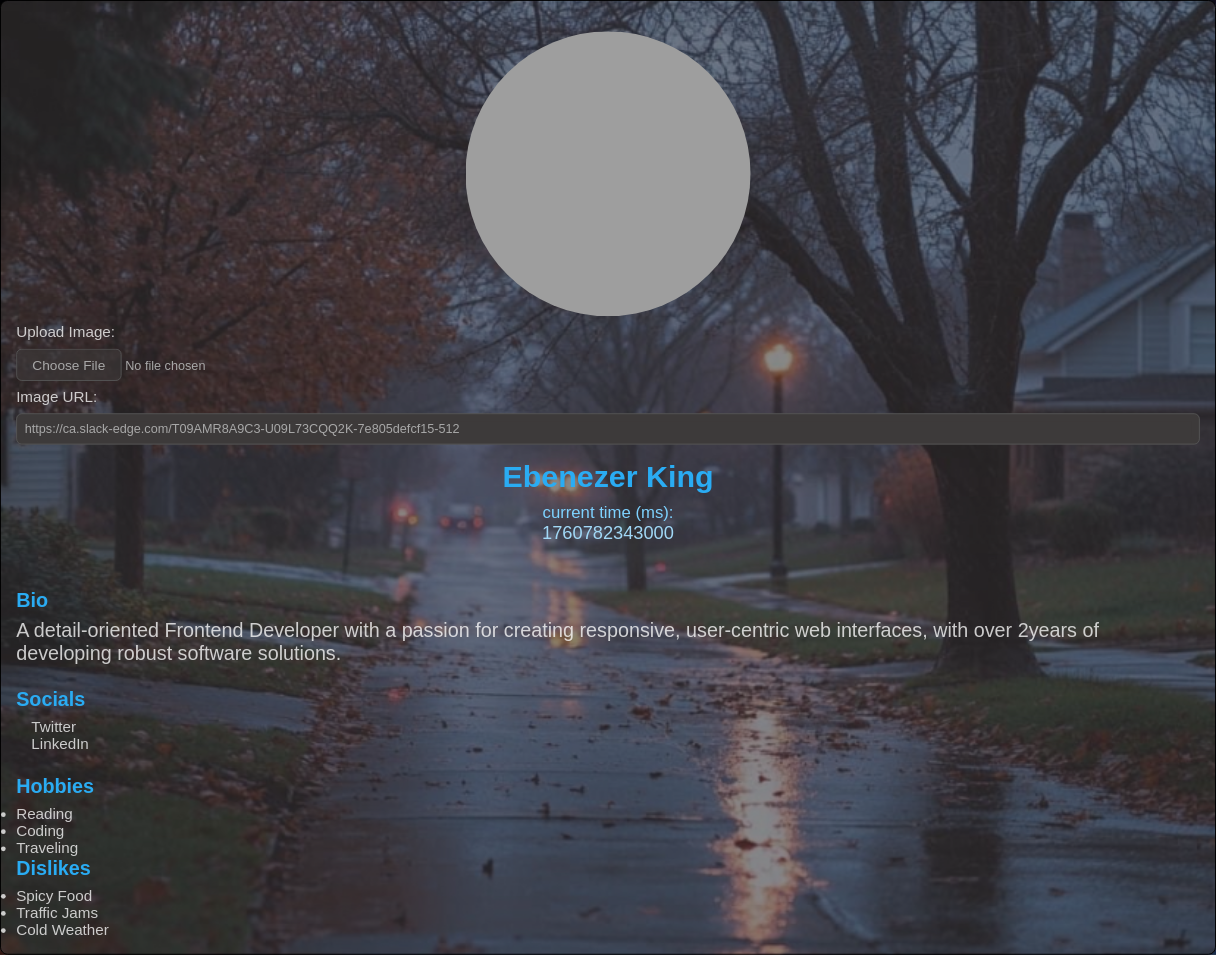
Repository: ebenezertiewei/profileCard
Page: index.html
These files come from the project's save history. The page is drawn as it stood at one moment and after a run of saves; the edit follows.
The browser window is 1280 px wide. The pictures show the whole page, at 95% of full size.
Pictures or frames that could not be fetched are drawn as grey boxes.

Above is the page before, as saved 2025-10-18 10:14:05.

After the next 2 saves:
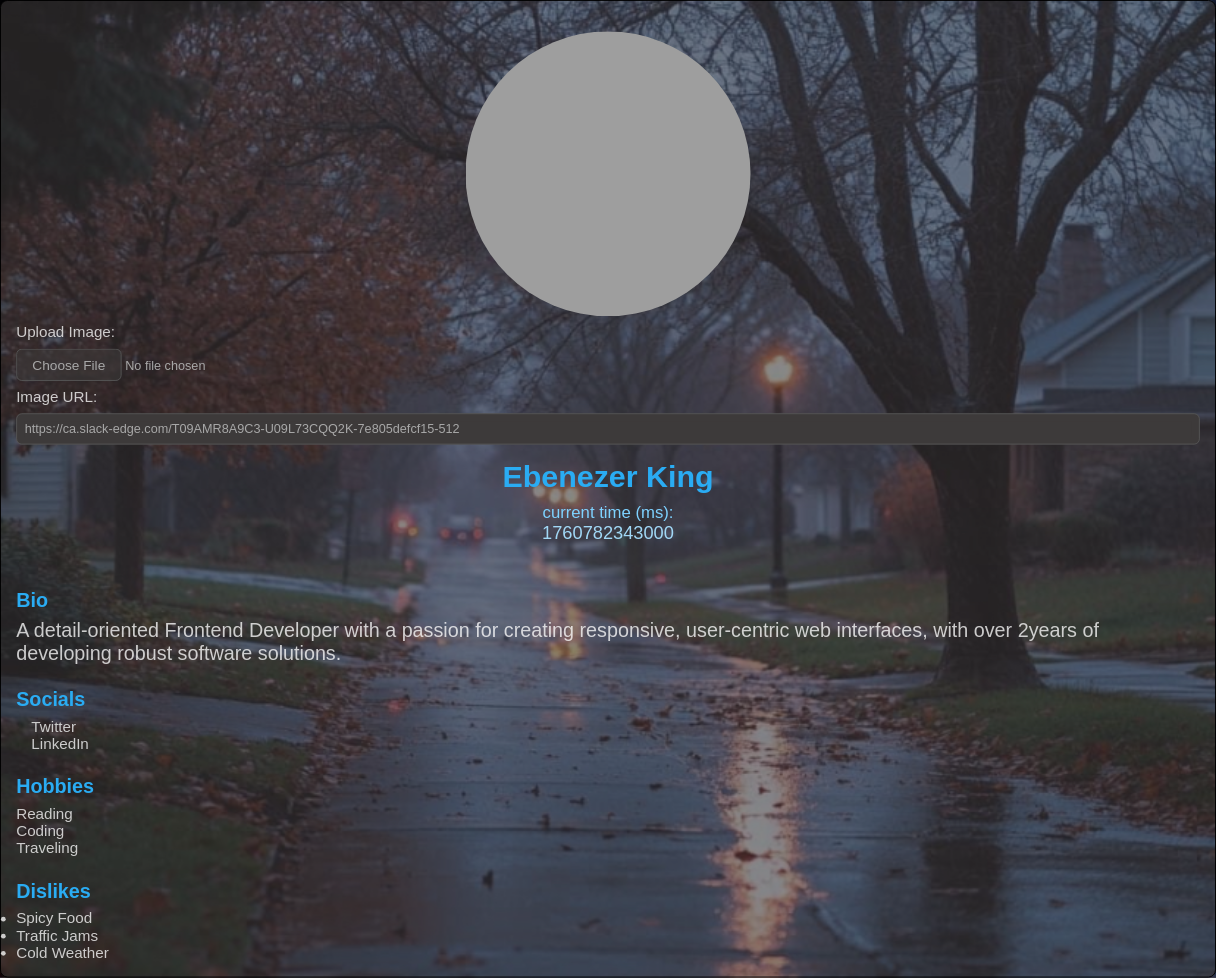
The 2 saves are shown as one change because they came seconds apart.
The last was saved 8 s later.
--- a/style.css
+++ b/style.css
@@ -176,7 +176,10 @@ article[data-testid="test-profile-card"] {
 	font-size: 1.3rem;
 	color: #2aacf3;
 }
-
+#profileDetails section[data-testid="test-user-hobbies"] ul {
+	list-style: none;
+	margin-bottom: 1.5rem;
+}
 /* ------------------ dislikes --------------- */
 .dislikes-header {
 	display: flex;
